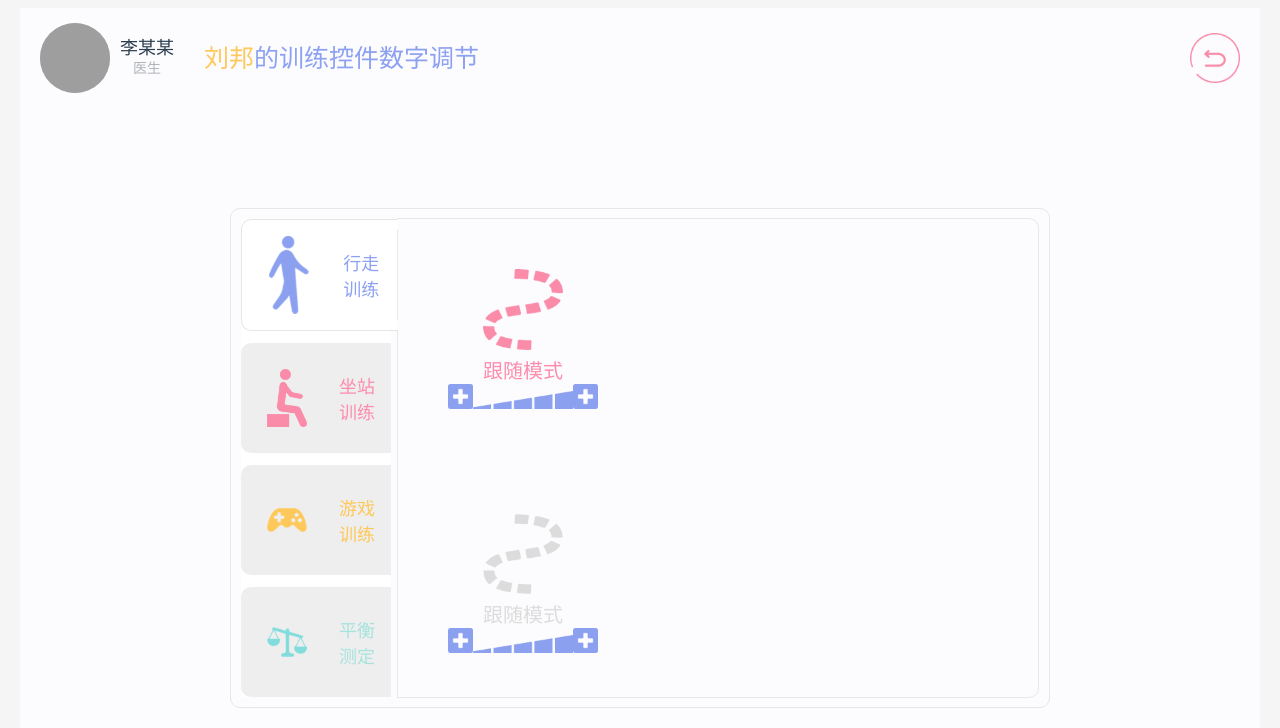
Repository: wangdanqing90/electron-vue-doctor
Page: /#/trainingAdjust
An editor plug-in stored every save of this project. The page is shown before and after the next save, followed by the edit.
The browser window is 1280 px wide. The pictures show the whole page.
Pictures or frames that could not be fetched are drawn as grey boxes. The project was rebuilt for these pictures with package versions that can differ from the ones it lists, and the page was loaded fresh each time. Also part of the build but not shown: vue.config.js, src/views/Home.vue, src/assets/styles/variable.scss, src/assets/styles/iconfont.css.

Above is the page before, as saved 2020-01-15 11:08:23.

After the next save:
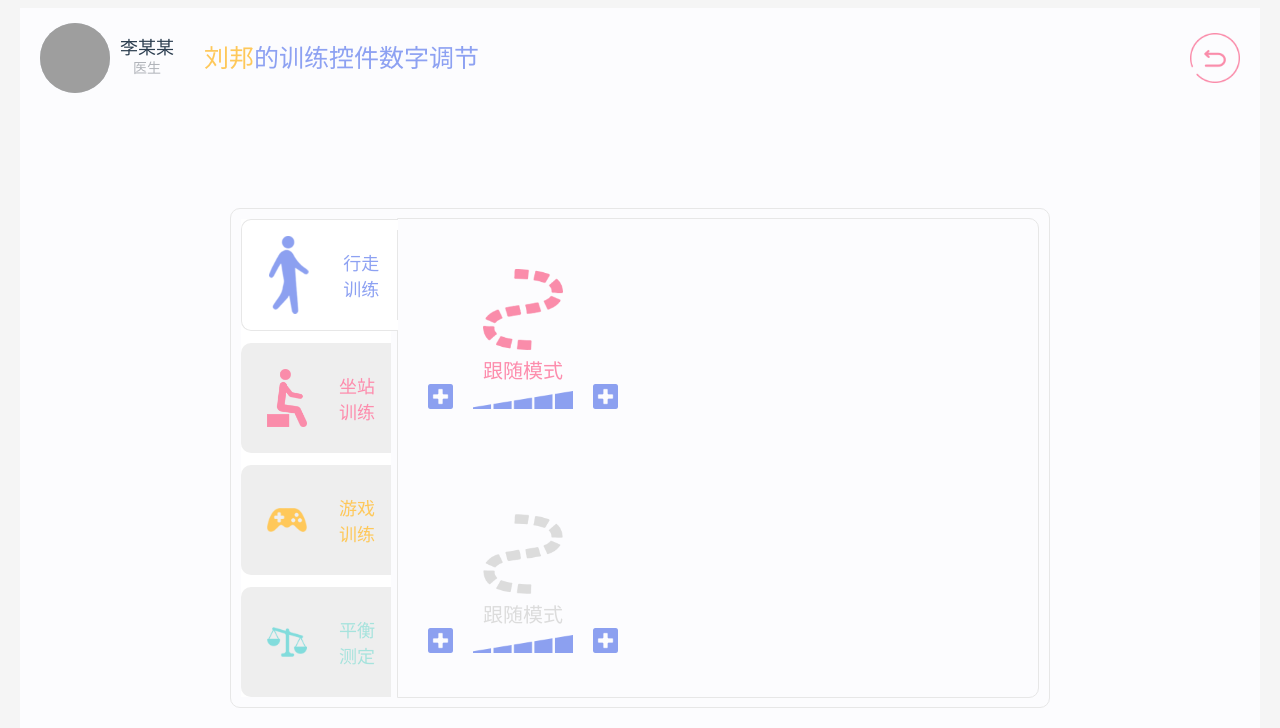
Saved 44 s later.
--- a/src/components/Adjust/Adjust.vue
+++ b/src/components/Adjust/Adjust.vue
@@ -40,6 +40,7 @@ export default {
   }
   .adjustMiddle {
     width: 100px;
+    margin: 0 20px;
   }
 }
 </style>
